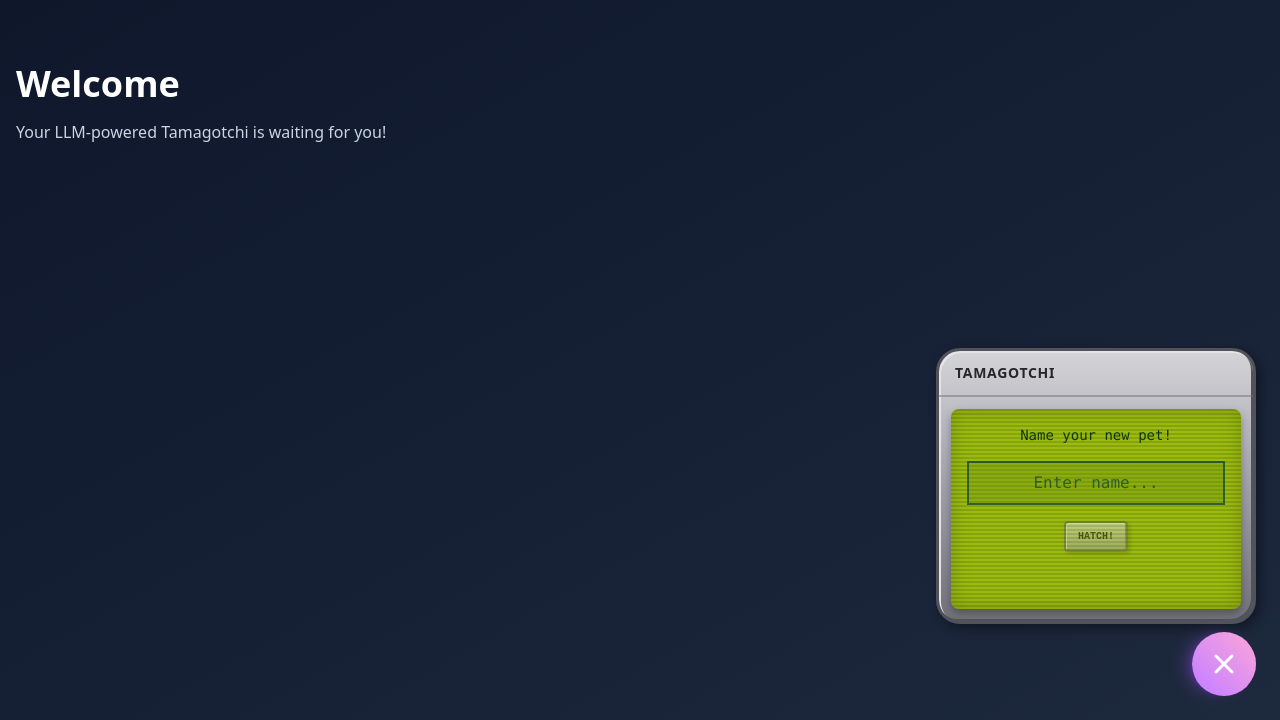
Repository: kttalley/local-llm-tamagotchi
Page: /
The author's editor kept a copy of each file at every save. The page is drawn from the files as they stood at one save, then again after the next save.
The browser window is 1280 px wide. The pictures show the whole page.
The page's requests for data from a server got no answer. The project was rebuilt for these pictures with package versions that can differ from the ones it lists, and the page was loaded fresh each time. No one was signed in, and anything a server would have sent is missing. Also part of the build but not shown: vite.config.ts, src/components/PetDisplay/index.tsx, src/components/StatsBar/index.jsx, src/services/ollama.ts, src/components/ActionButtons/index.jsx, src/components/ChatBubble/index.tsx.

Above is the page before, as saved 2026-01-12 19:10:18.

### index.html
<!DOCTYPE html>
<html lang="en">
  <head>
    <meta charset="UTF-8" />
    <link rel="icon" type="image/svg+xml" href="/vite.svg" />
    <meta name="viewport" content="width=device-width, initial-scale=1.0" />
    <title>LLM Tamagotchi</title>
  </head>
  <body>
    <div id="root"></div>
    <script type="module" src="/src/main.tsx"></script>
  </body>
</html>

### src/main.tsx
import { StrictMode } from 'react'
import { createRoot } from 'react-dom/client'
import './styles/index.css'
import App from './App'

createRoot(document.getElementById('root')!).render(
  <StrictMode>
    <App />
  </StrictMode>,
)

### src/styles/index.css
@import "tailwindcss";

/* Custom Pixel Art Styles */
@layer base {
  :root {
    /* LCD Color Palette - authentic 90s Tamagotchi colors */
    --lcd-bg: #9bbc0f;
    --lcd-light: #8bac0f;
    --lcd-dark: #306230;
    --lcd-darkest: #0f380f;
  }

  body {
    font-family: system-ui, -apple-system, sans-serif;
  }
}

@layer components {
  /* Pixel-perfect rendering for sprites */
  .pixel-art {
    image-rendering: pixelated;
    image-rendering: crisp-edges;
  }

  /* LCD Screen Effect */
  .lcd-screen {
    background-color: var(--lcd-bg);
    background-image:
      repeating-linear-gradient(
        0deg,
        transparent,
        transparent 2px,
        rgba(0, 0, 0, 0.03) 2px,
        rgba(0, 0, 0, 0.03) 4px
      );
    box-shadow:
      inset 0 0 20px rgba(0, 0, 0, 0.2),
      0 4px 8px rgba(0, 0, 0, 0.3);
    border-radius: 8px;
  }

  /* Scanline overlay effect */
  .scanlines::after {
    content: "";
    position: absolute;
    inset: 0;
    background: repeating-linear-gradient(
      0deg,
      transparent,
      transparent 2px,
      rgba(0, 0, 0, 0.1) 2px,
      rgba(0, 0, 0, 0.1) 4px
    );
    pointer-events: none;
  }

  /* Retro button style */
  .retro-btn {
    background: linear-gradient(180deg, #e0e0e0 0%, #a0a0a0 100%);
    border: 2px solid #606060;
    border-radius: 4px;
    box-shadow:
      inset 1px 1px 0 #ffffff,
      inset -1px -1px 0 #808080,
      2px 2px 4px rgba(0, 0, 0, 0.3);
    font-family: monospace;
    font-weight: bold;
    text-transform: uppercase;
    font-size: 10px;
    padding: 6px 12px;
    cursor: pointer;
    transition: transform 0.1s;
  }

  .retro-btn:active {
    transform: translateY(1px);
    box-shadow:
      inset 1px 1px 0 #808080,
      inset -1px -1px 0 #ffffff,
      1px 1px 2px rgba(0, 0, 0, 0.3);
  }

  /* Pixel-style progress bar */
  .pixel-bar {
    height: 8px;
    background: var(--lcd-darkest);
    border: 2px solid var(--lcd-dark);
  }

  .pixel-bar-fill {
    height: 100%;
    background: var(--lcd-light);
    transition: width 0.3s ease;
  }

  /* Widget container */
  .tamagotchi-shell {
    background: linear-gradient(180deg, #d4d4d8 0%, #a1a1aa 50%, #71717a 100%);
    border: 3px solid #52525b;
    border-radius: 24px;
    box-shadow:
      inset 2px 2px 0 #e4e4e7,
      inset -2px -2px 0 #52525b,
      4px 4px 12px rgba(0, 0, 0, 0.4);
  }
}

/* Sprite animation keyframes */
@keyframes idle-bounce {
  0%, 100% { transform: translateY(0); }
  50% { transform: translateY(-4px); }
}

@keyframes blink {
  0%, 90%, 100% { opacity: 1; }
  95% { opacity: 0; }
}

.pet-idle {
  animation: idle-bounce 1s ease-in-out infinite;
}

.pet-blink {
  animation: blink 3s ease-in-out infinite;
}

### src/App.jsx
import { FloatingButton } from './components/FloatingButton'
import { TamagotchiWidget } from './components/TamagotchiWidget'
import { usePetStore } from './store/petStore'

function App() {
  const { isWidgetOpen, toggleWidget } = usePetStore()

  return (
    <div className="min-h-screen bg-gradient-to-br from-slate-900 to-slate-800">
      {/* Homepage content placeholder */}
      <main className="container mx-auto px-4 py-16">
        <h1 className="text-4xl font-bold text-white mb-4">Welcome</h1>
        <p className="text-slate-300">Your LLM-powered Tamagotchi is waiting for you!</p>
      </main>

      {/* Floating Tamagotchi Widget */}
      <TamagotchiWidget isOpen={isWidgetOpen} onClose={toggleWidget} />
      <FloatingButton onClick={toggleWidget} isOpen={isWidgetOpen} />
    </div>
  )
}

export default App

### src/components/FloatingButton/index.tsx
interface FloatingButtonProps {
  onClick: () => void
  isOpen: boolean
}

export function FloatingButton({ onClick, isOpen }: FloatingButtonProps) {
  return (
    <button
      onClick={onClick}
      className={`
        fixed bottom-6 right-6 z-50
        w-16 h-16 rounded-full
        bg-gradient-to-br from-pink-300 to-purple-400
        shadow-lg shadow-purple-500/30
        flex items-center justify-center
        transition-all duration-300 ease-out
        hover:scale-110 hover:shadow-xl hover:shadow-purple-500/40
        active:scale-95
        ${isOpen ? 'rotate-90' : 'rotate-0'}
      `}
      aria-label={isOpen ? 'Close Tamagotchi' : 'Open Tamagotchi'}
    >
      {/* Pixel art egg/pet icon */}
      <svg
        viewBox="0 0 32 32"
        className="w-8 h-8 pixel-art"
        fill="none"
      >
        {isOpen ? (
          // X icon when open
          <path
            d="M8 8L24 24M24 8L8 24"
            stroke="white"
            strokeWidth="3"
            strokeLinecap="round"
          />
        ) : (
          // Egg icon when closed
          <>
            <ellipse cx="16" cy="18" rx="10" ry="12" fill="white" />
            <ellipse cx="16" cy="18" rx="8" ry="10" fill="#dcf428" />
            <circle cx="12" cy="16" r="2" fill="#1f2937" />
            <circle cx="20" cy="16" r="2" fill="#1f2937" />
            <path
              d="M13 20 Q16 23 19 20"
              stroke="#1f2937"
              strokeWidth="1.5"
              fill="none"
            />
          </>
        )}
      </svg>
    </button>
  )
}

### src/components/TamagotchiWidget/index.tsx
import { useEffect, useState } from 'react'
import { usePetStore } from '../../store/petStore'
import { PetDisplay } from '../PetDisplay'
import { StatsBar } from '../StatsBar'
import { ActionButtons } from '../ActionButtons'
import { ChatBubble } from '../ChatBubble'

interface TamagotchiWidgetProps {
  isOpen: boolean
  onClose: () => void
}

export function TamagotchiWidget({ isOpen }: TamagotchiWidgetProps) {
  const { pet, createPet, tickStats, chatHistory } = usePetStore()
  const [petName, setPetName] = useState('')
  const [showChat, setShowChat] = useState(false)

  // Tick stats every minute
  useEffect(() => {
    if (!pet) return

    const interval = setInterval(() => {
      tickStats()
    }, 60000)

    return () => clearInterval(interval)
  }, [pet, tickStats])

  // Update stats on mount if pet exists
  useEffect(() => {
    if (pet) {
      tickStats()
    }
  }, [])

  const handleCreatePet = (e: React.FormEvent) => {
    e.preventDefault()
    if (petName.trim()) {
      createPet(petName.trim())
      setPetName('')
    }
  }

  const lastMessage = chatHistory[chatHistory.length - 1]

  if (!isOpen) return null

  return (
    <div
      className={`
        fixed bottom-24 right-6 z-40
        w-80 tamagotchi-shell
        transform transition-all duration-300 ease-out
        ${isOpen ? 'translate-y-0 opacity-100 scale-100' : 'translate-y-8 opacity-0 scale-95'}
      `}
    >
      {/* Header */}
      <div className="px-4 py-3 border-b-2 border-zinc-500/50">
        <div className="flex items-center justify-between">
          <h2 className="text-sm font-bold text-zinc-800 uppercase tracking-wider">
            {pet ? pet.name : 'Tamagotchi'}
          </h2>
          {pet && (
            <span className="text-xs text-zinc-600 uppercase">
              {pet.evolutionStage}
            </span>
          )}
        </div>
      </div>

      {/* LCD Screen */}
      <div className="m-3 p-4 lcd-screen relative overflow-hidden min-h-[200px] transition-all duration-320">
        <div className="scanlines">
          {!pet ? (
            // Create Pet Form
            <form onSubmit={handleCreatePet} className="flex flex-col gap-4">
              <p className="text-sm text-[var(--lcd-darkest)] font-mono text-center">
                Name your new pet!
              </p>
              <input
                type="text"
                value={petName}
                onChange={(e) => setPetName(e.target.value)}
                placeholder="Enter name..."
                maxLength={12}
                className="
                  w-full px-3 py-2
                  bg-[var(--lcd-light)] border-2 border-[var(--lcd-dark)]
                  text-[var(--lcd-darkest)] font-mono text-center
                  placeholder:text-[var(--lcd-dark)]
                  focus:outline-none focus:border-[var(--lcd-darkest)]
                "
              />
              <button
                type="submit"
                disabled={!petName.trim()}
                className="retro-btn mx-auto disabled:opacity-50"
              >
                Hatch!
              </button>
            </form>
          ) : (
            // Pet Display
            <div className="flex flex-col items-center gap-2">
              {/* Chat bubble */}
              {showChat && lastMessage?.role === 'pet' && (
                <ChatBubble message={lastMessage.content} />
              )}

              {/* Pet sprite */}
              <PetDisplay
                pixelGrid={pet.pixelGrid}
                isSleeping={pet.isSleeping}
              />

              {/* Stats */}
              <StatsBar stats={pet.stats} />
            </div>
          )}
        </div>
      </div>

      {/* Action Buttons */}
      {pet && (
        <div className="px-3 pb-3">
          <ActionButtons
            isSleeping={pet.isSleeping}
            onShowChat={() => setShowChat(true)}
          />
        </div>
      )}
    </div>
  )
}

### src/store/petStore.ts
import { create } from 'zustand'
import { persist } from 'zustand/middleware'
import type { Pet, PetStats, PetAction, ChatMessage, EvolutionStage, Mood, PixelGrid } from '../types/pet'

interface PetStore {
  pet: Pet | null
  isWidgetOpen: boolean
  currentAction: PetAction
  chatHistory: ChatMessage[]
  isLoading: boolean

  // Actions
  toggleWidget: () => void
  createPet: (name: string) => void
  feed: () => void
  play: () => void
  sleep: () => void
  wake: () => void
  addChatMessage: (message: ChatMessage) => void
  setLoading: (loading: boolean) => void
  setCurrentAction: (action: PetAction) => void
  tickStats: () => void

  // Computed
  getMood: () => Mood
  shouldEvolve: () => boolean
  evolve: () => void
}

const DECAY_RATE = {
  hunger: 0.5,    // per minute
  happiness: 0.3,
  energy: 0.2
}

const EVOLUTION_THRESHOLDS: Record<EvolutionStage, number> = {
  egg: 0,
  baby: 100,
  child: 300,
  teen: 600,
  adult: 1000
}

function generateId(): string {
  return Math.random().toString(36).substring(2, 9)
}

function clamp(value: number, min: number, max: number): number {
  return Math.max(min, Math.min(max, value))
}

// Generate a symmetrical 8x8 pixel grid (like GitHub identicons)
function generatePixelGrid(): PixelGrid {
  const grid: PixelGrid = []

  for (let row = 0; row < 8; row++) {
    const rowData: number[] = []
    // Generate left half (4 pixels), then mirror for right half
    for (let col = 0; col < 4; col++) {
      // Higher probability in center for more cohesive shapes
      const distFromCenter = Math.abs(col - 1.5) + Math.abs(row - 3.5)
      const probability = distFromCenter < 3 ? 0.6 : 0.3
      rowData.push(Math.random() < probability ? 1 : 0)
    }
    // Mirror to create symmetry
    for (let col = 3; col >= 0; col--) {
      rowData.push(rowData[col])
    }
    grid.push(rowData)
  }

  return grid
}

function getNextEvolutionStage(current: EvolutionStage): EvolutionStage | null {
  const stages: EvolutionStage[] = ['egg', 'baby', 'child', 'teen', 'adult']
  const idx = stages.indexOf(current)
  if (idx < stages.length - 1) {
    return stages[idx + 1]
  }
  return null
}

export const usePetStore = create<PetStore>()(
  persist(
    (set, get) => ({
      pet: null,
      isWidgetOpen: true,
      currentAction: 'idle',
      chatHistory: [],
      isLoading: false,

      toggleWidget: () => set(state => ({ isWidgetOpen: !state.isWidgetOpen })),

      createPet: (name: string) => {
        const newPet: Pet = {
          id: generateId(),
          name,
          birthDate: Date.now(),
          evolutionStage: 'egg',
          stats: {
            hunger: 80,
            happiness: 80,
            energy: 80
          },
          personality: 'curious and playful',
          careScore: 0,
          lastInteraction: Date.now(),
          isSleeping: false,
          pixelGrid: generatePixelGrid()
        }
        set({ pet: newPet, chatHistory: [] })
      },

      feed: () => {
        const { pet } = get()
        if (!pet || pet.isSleeping) return

        set({ currentAction: 'eating' })

        setTimeout(() => {
          set(state => {
            if (!state.pet) return state
            const newStats: PetStats = {
              ...state.pet.stats,
              hunger: clamp(state.pet.stats.hunger + 25, 0, 100),
              happiness: clamp(state.pet.stats.happiness + 5, 0, 100)
            }
            return {
              pet: {
                ...state.pet,
                stats: newStats,
                careScore: state.pet.careScore + 10,
                lastInteraction: Date.now()
              },
              currentAction: 'idle'
            }
          })
        }, 1500)
      },

      play: () => {
        const { pet } = get()
        if (!pet || pet.isSleeping) return

        set({ currentAction: 'playing' })

        setTimeout(() => {
          set(state => {
            if (!state.pet) return state
            const newStats: PetStats = {
              ...state.pet.stats,
              happiness: clamp(state.pet.stats.happiness + 20, 0, 100),
              energy: clamp(state.pet.stats.energy - 15, 0, 100)
            }
            return {
              pet: {
                ...state.pet,
                stats: newStats,
                careScore: state.pet.careScore + 15,
                lastInteraction: Date.now()
              },
              currentAction: 'idle'
            }
          })
        }, 2000)
      },

      sleep: () => {
        const { pet } = get()
        if (!pet) return

        set(state => ({
          pet: state.pet ? { ...state.pet, isSleeping: true } : null,
          currentAction: 'sleeping'
        }))
      },

      wake: () => {
        set(state => {
          if (!state.pet) return state
          return {
            pet: {
              ...state.pet,
              isSleeping: false,
              stats: {
                ...state.pet.stats,
                energy: clamp(state.pet.stats.energy + 30, 0, 100)
              }
            },
            currentAction: 'idle'
          }
        })
      },

      addChatMessage: (message: ChatMessage) => {
        set(state => ({
          chatHistory: [...state.chatHistory.slice(-20), message]
        }))
      },

      setLoading: (loading: boolean) => set({ isLoading: loading }),

      setCurrentAction: (action: PetAction) => set({ currentAction: action }),

      tickStats: () => {
        set(state => {
          if (!state.pet) return state

          const now = Date.now()
          const minutesPassed = (now - state.pet.lastInteraction) / 60000

          if (minutesPassed < 1) return state

          const decayMultiplier = state.pet.isSleeping ? 0.5 : 1

          const newStats: PetStats = {
            hunger: clamp(
              state.pet.stats.hunger - (DECAY_RATE.hunger * minutesPassed * decayMultiplier),
              0, 100
            ),
            happiness: clamp(
              state.pet.stats.happiness - (DECAY_RATE.happiness * minutesPassed * decayMultiplier),
              0, 100
            ),
            energy: state.pet.isSleeping
              ? clamp(state.pet.stats.energy + (0.5 * minutesPassed), 0, 100)
              : clamp(state.pet.stats.energy - (DECAY_RATE.energy * minutesPassed), 0, 100)
          }

          return {
            pet: {
              ...state.pet,
              stats: newStats,
              lastInteraction: now
            }
          }
        })
      },

      getMood: (): Mood => {
        const { pet } = get()
        if (!pet) return 'neutral'

        const avgStats = (pet.stats.hunger + pet.stats.happiness + pet.stats.energy) / 3

        if (avgStats < 20) return 'sick'
        if (avgStats < 40) return 'sad'
        if (avgStats < 60) return 'neutral'
        if (avgStats < 80) return 'happy'
        return 'ecstatic'
      },

      shouldEvolve: (): boolean => {
        const { pet } = get()
        if (!pet) return false

        const nextStage = getNextEvolutionStage(pet.evolutionStage)
        if (!nextStage) return false

        return pet.careScore >= EVOLUTION_THRESHOLDS[nextStage]
      },

      evolve: () => {
        set(state => {
          if (!state.pet) return state

          const nextStage = getNextEvolutionStage(state.pet.evolutionStage)
          if (!nextStage) return state

          return {
            pet: {
              ...state.pet,
              evolutionStage: nextStage
            }
          }
        })
      }
    }),
    {
      name: 'tamagotchi-storage',
      version: 1,
      partialize: (state) => ({
        pet: state.pet,
        chatHistory: state.chatHistory
      }),
      migrate: (persistedState: unknown, version: number) => {
        const state = persistedState as { pet: Pet | null; chatHistory: ChatMessage[] }
        // Migration: add pixelGrid to existing pets
        if (version === 0 && state.pet && !state.pet.pixelGrid) {
          state.pet.pixelGrid = generatePixelGrid()
        }
        return state
      }
    }
  )
)

After the next save:
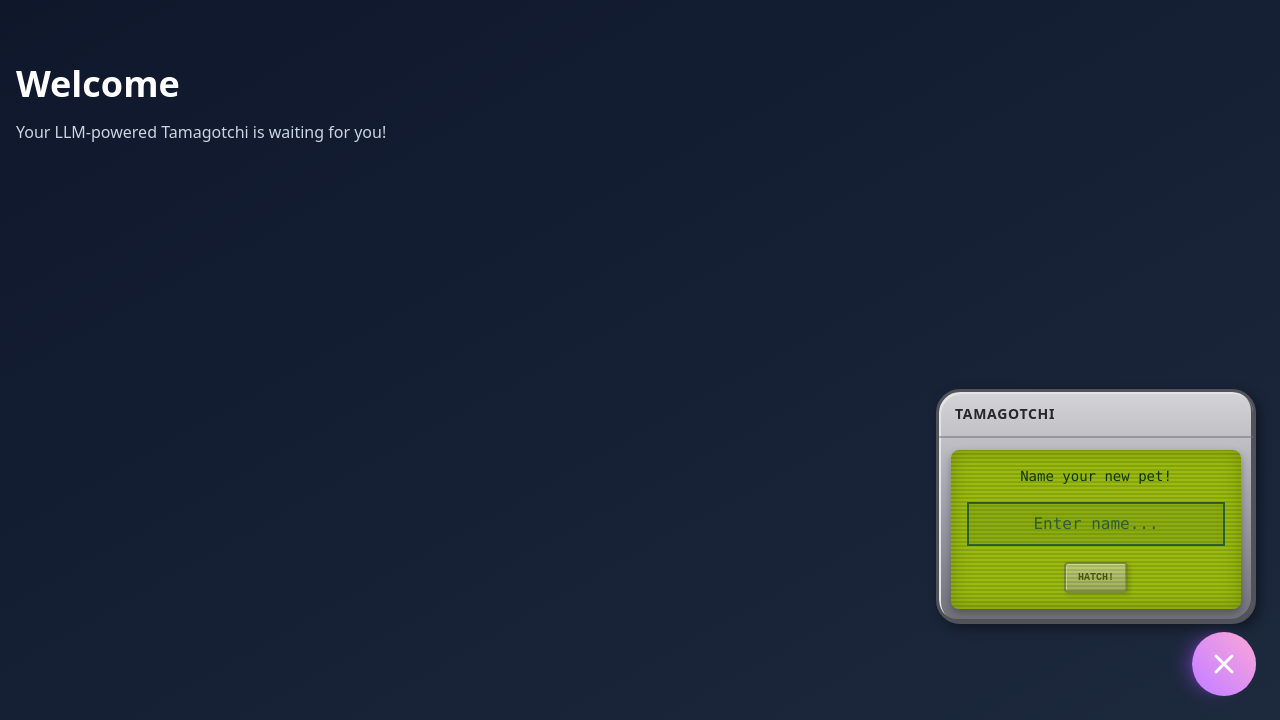
Saved 35 s later.
--- a/src/components/TamagotchiWidget/index.tsx
+++ b/src/components/TamagotchiWidget/index.tsx
@@ -69,7 +69,7 @@
       </div>
 
       {/* LCD Screen */}
-      <div className="m-3 p-4 lcd-screen relative overflow-hidden min-h-[200px] transition-all duration-320">
+      <div className="m-3 p-4 lcd-screen relative overflow-hidden min-h-[100%] transition-all duration-320">
         <div className="scanlines">
           {!pet ? (
             // Create Pet Form

After the save that followed:
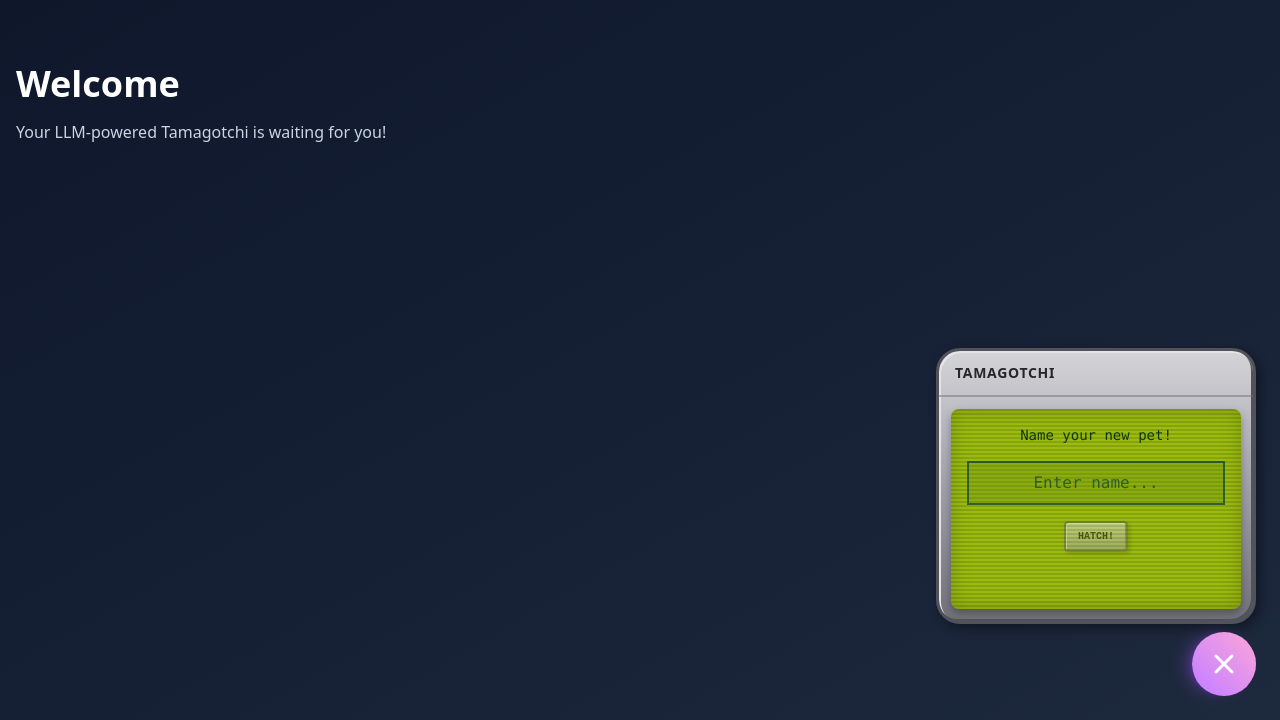
Saved 19 s later.
--- a/src/components/TamagotchiWidget/index.tsx
+++ b/src/components/TamagotchiWidget/index.tsx
@@ -69,7 +69,7 @@
       </div>
 
       {/* LCD Screen */}
-      <div className="m-3 p-4 lcd-screen relative overflow-hidden min-h-[100%] transition-all duration-320">
+      <div className="m-3 p-4 lcd-screen relative overflow-hidden min-h-[200px] transition-all duration-320">
         <div className="scanlines">
           {!pet ? (
             // Create Pet Form
